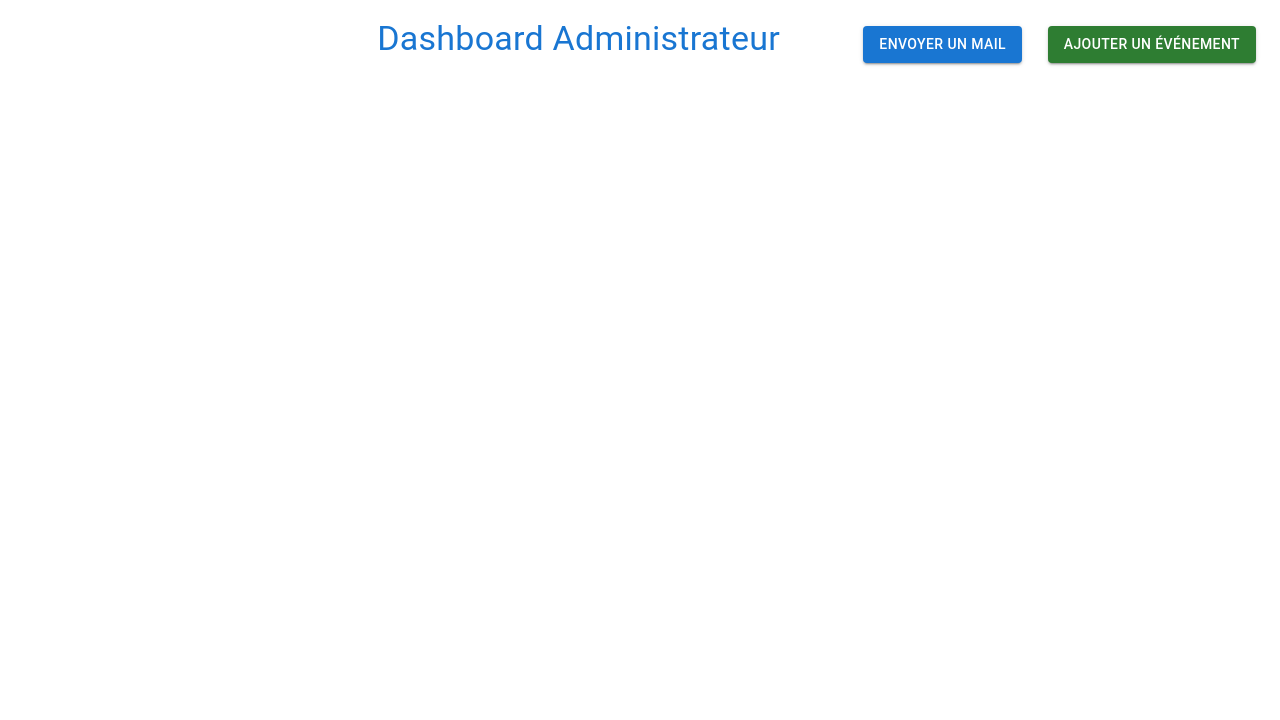
Repository: clement-chn/challenge-48h
Page: /dashboard (app in front/)
The author's editor kept a copy of each file at every save. The page is drawn from the files as they stood at one save, then again after the next save.
The browser window is 1280 px wide. The pictures show the whole page.
The project was rebuilt for these pictures with package versions that can differ from the ones it lists, and the page was loaded fresh each time. Also part of the build but not shown: front/vite.config.js.

Above is the page before, as saved 2025-04-03 13:29:51.

After the next save:
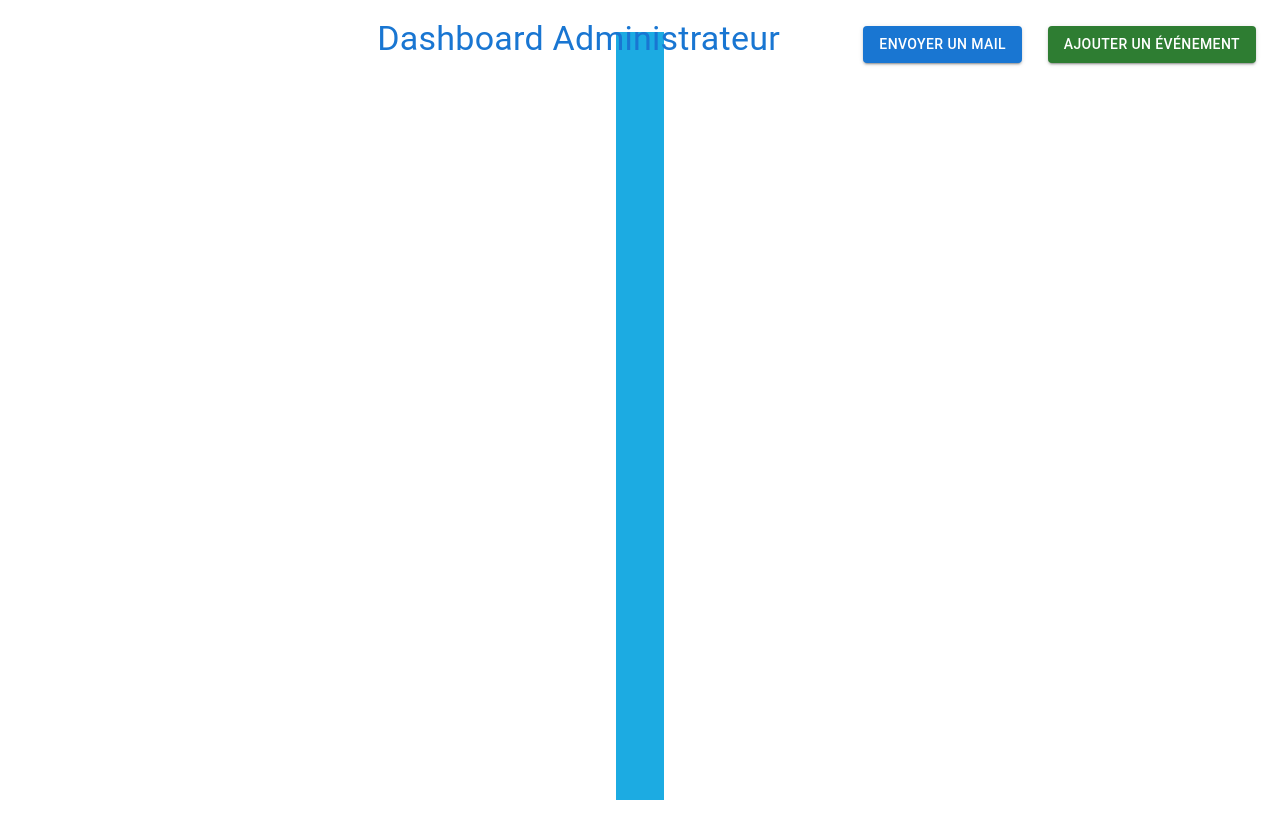
Saved 56 s later.
--- a/front/src/Routes/dashboard.jsx
+++ b/front/src/Routes/dashboard.jsx
@@ -51,7 +51,7 @@ const AdminDashboard = () => {
   };
 
   return (
-    <Box sx={{ p: 3 }}>
+    <Box sx={{ p: 3, backgroundColor: '#1CABE2', minHeight: '100vh' }}> {/* Changement de fond */}
       {/* Bouton Ajouter un événement */}
       <Box sx={{ position: 'absolute', top: 18, right: 16, borderRadius: 1, p: 1 }}>
         <Button variant="contained" color="success" onClick={handleOpen}>
